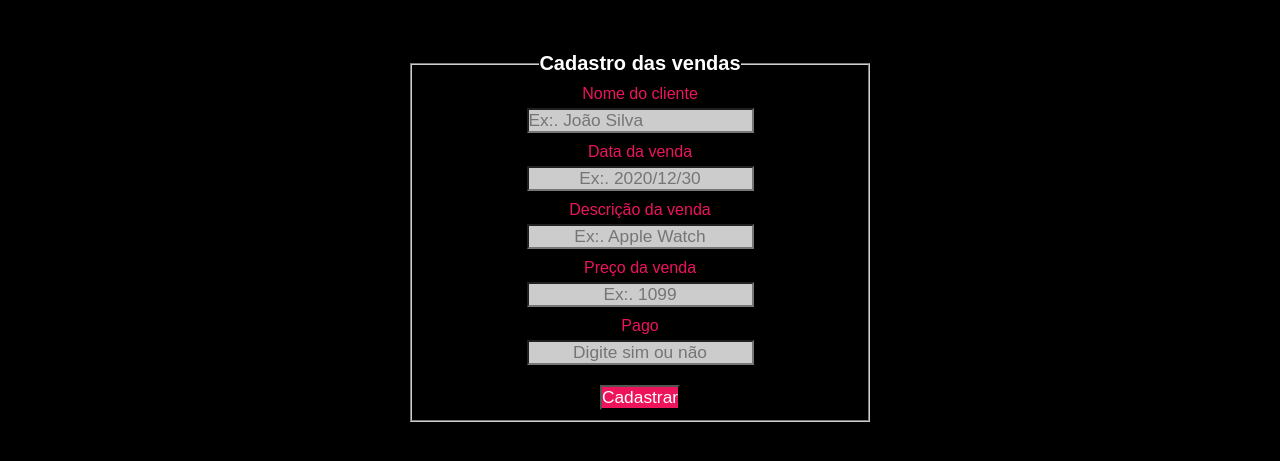
Repository: marceloShibuya/NAC_RestFull
Page: http://localhost/MarceloShibuya83752Client/
An editor plug-in stored every save of this project. The page is shown before and after the next save, followed by the edit.
The browser window is 1280 px wide. The pictures show the whole page.
The page is served by Tomcat 9. The template is opened directly, without the code that normally fills it, so the values that code supplies are empty.

Above is the page before, as saved 2020-05-28 16:30:56.

After the next save:
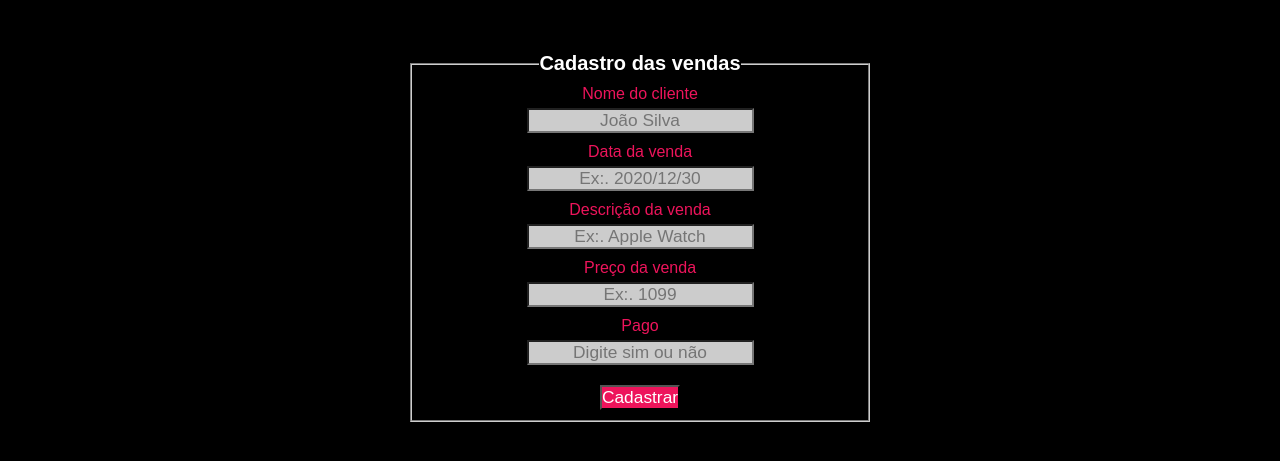
Saved 34 s later.
--- a/RestFull/MarceloShibuya83752Client/WebContent/index.jsp
+++ b/RestFull/MarceloShibuya83752Client/WebContent/index.jsp
@@ -22,7 +22,7 @@
 				<div>
 					<label for="idNmProd">Nome do cliente</label> <input type="text"
 						id="idNmProd" name="txtNomeCliente" required="required"
-						placeholder="Ex:. João Silva
+						placeholder="João Silva"
 						value="${vendaObj.nome}">
 				</div>
 				<div>
